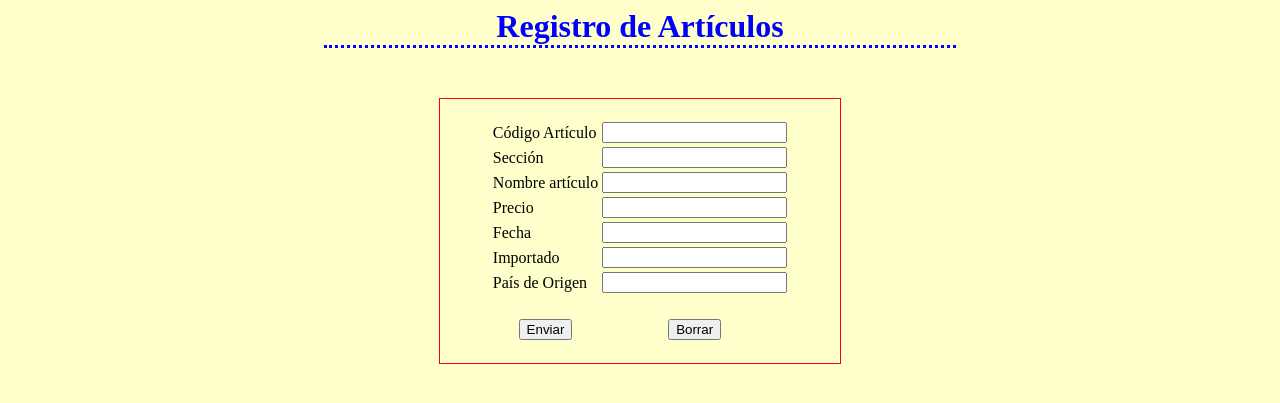
Repository: dasafo/PHP_MySQL_curso
Page: http://localhost/FromularioEliminar_26_I.php
The author's editor kept a copy of each file at every save. The page is drawn from the files as they stood at one save, then again after the next save.
The browser window is 1280 px wide. The pictures show the whole page.
The page is run by PHP 8.4 with error messages shown; the project is at /var/www/html/.

Above is the page before, as saved 2018-11-07 11:57:14.

### BBDD/FromularioEliminar_26_I.php
<!doctype html>
<html>
<head>
<meta charset="utf-8">
<title>Documento sin título</title>
<style>

h1{
	text-align:center;
	color:#00F;
	border-bottom:dotted #0000FF;
	width:50%;
	margin:auto;


}

table{
	border:1px solid #F00;
	padding:20px 50px;
	margin-top:50px;
}

body{
	background-color:#FFC;
}


</style>
</head>

<body>
<h1>Registro de Artículos</h1>
<form name="form1" method="get" action="EliminarRegistro_26_II.php">
  <table border="0" align="center">
    <tr>
      <td>Código Artículo</td>
      <td><label for="c_art"></label>
      <input type="text" name="c_art" id="c_art"></td>
    </tr>
    <tr>
      <td>Sección</td>
      <td><label for="seccion"></label>
      <input type="text" name="seccion" id="seccion"></td>
    </tr>
    <tr>
      <td>Nombre artículo</td>
      <td><label for="n_art"></label>
      <input type="text" name="n_art" id="n_art"></td>
    </tr>
    <tr>
      <td>Precio</td>
      <td><label for="precio"></label>
      <input type="text" name="precio" id="precio"></td>
    </tr>
    <tr>
      <td>Fecha</td>
      <td><label for="fecha"></label>
      <input type="text" name="fecha" id="fecha"></td>
    </tr>
    <tr>
      <td>Importado</td>
      <td><label for="importado"></label>
      <input type="text" name="importado" id="importado"></td>
    </tr>
    <tr>
      <td>País de Origen</td>
      <td><label for="p_orig"></label>
      <input type="text" name="p_orig" id="p_orig"></td>
    </tr>
    <tr>
      <td>&nbsp;</td>
      <td>&nbsp;</td>
    </tr>
    <tr>
      <td align="center"><input type="submit" name="enviar" id="enviar" value="Enviar"></td>
      <td align="center"><input type="reset" name="Borrar" id="Borrar" value="Borrar"></td>
    </tr>
  </table>
</form>
</body>
</html>

After the next save:
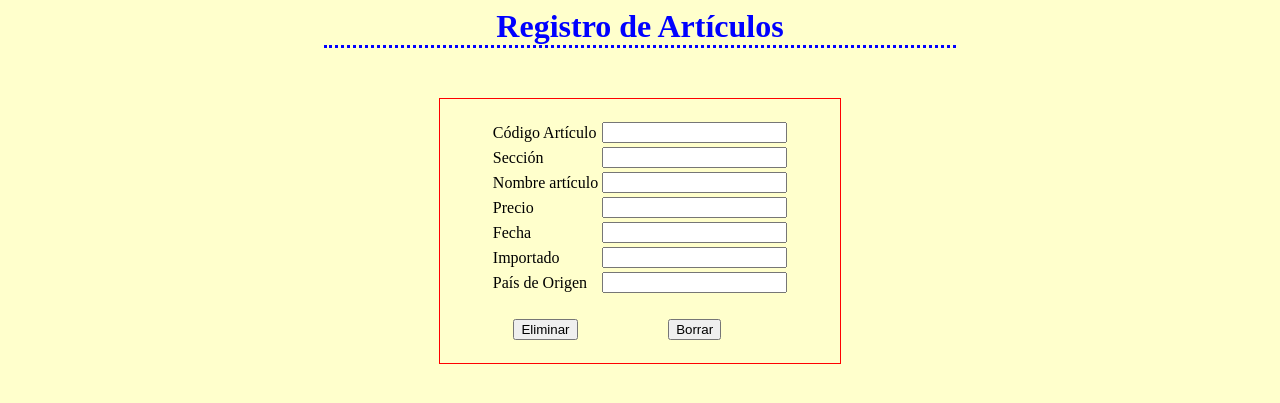
Saved 77 s later.
--- a/BBDD/FromularioEliminar_26_I.php
+++ b/BBDD/FromularioEliminar_26_I.php
@@ -73,7 +73,7 @@ body{
       <td>&nbsp;</td>
     </tr>
     <tr>
-      <td align="center"><input type="submit" name="enviar" id="enviar" value="Enviar"></td>
+      <td align="center"><input type="submit" name="eliminar" id="eliminar" value="Eliminar"></td>
       <td align="center"><input type="reset" name="Borrar" id="Borrar" value="Borrar"></td>
     </tr>
   </table>
